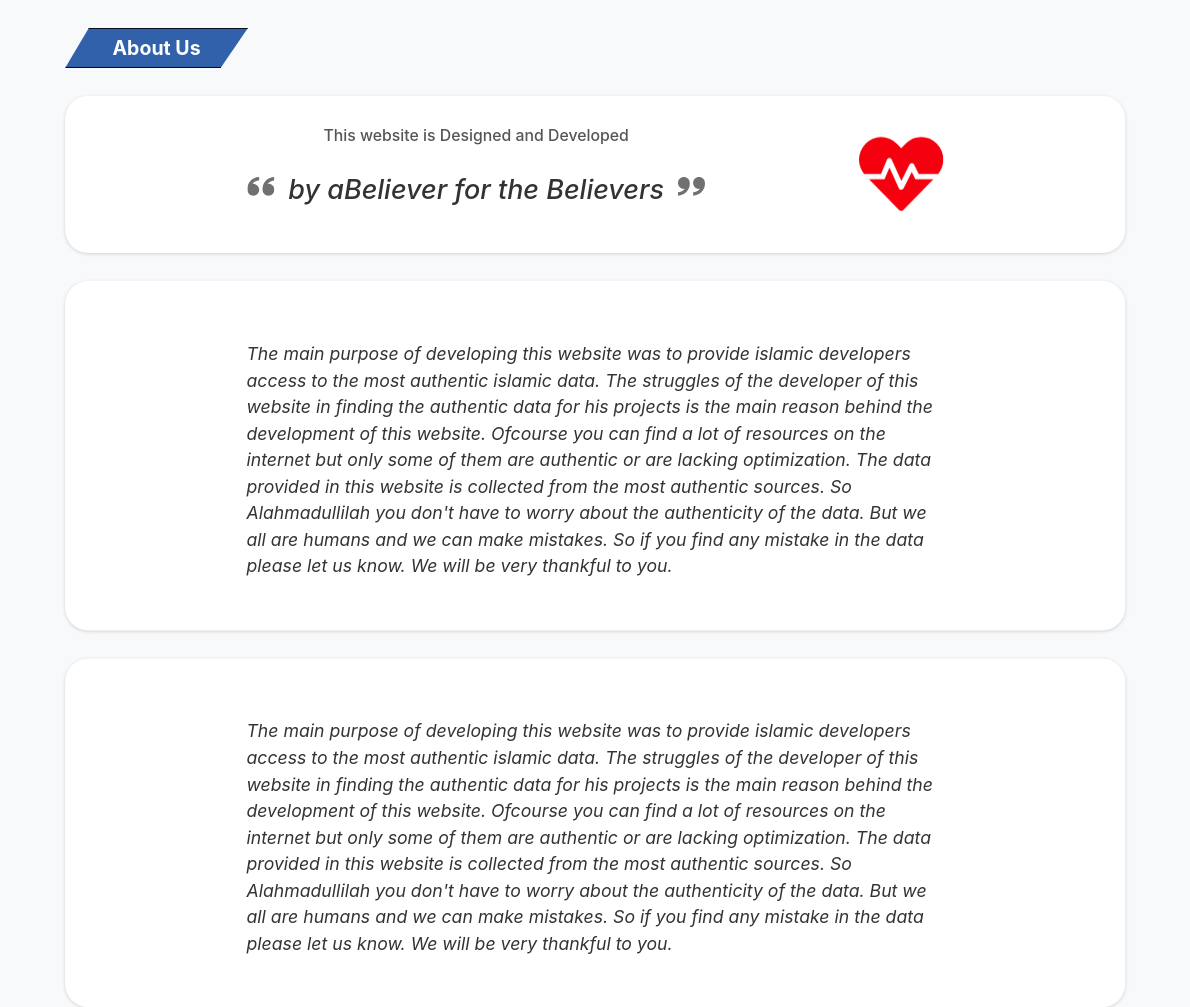
Repository: SpicierEwe/islamic-dev-repo
Page: /legal/about_us
These files come from the project's save history. The page is drawn as it stood at one moment and after the next save; the edit follows.
The browser window is 1280 px wide. The pictures show the whole page, at 93% of full size.
The project was rebuilt for these pictures with package versions that can differ from the ones it lists, and the page was loaded fresh each time. The framework's server and built-in components were replaced by stand-ins that run in the browser. Also part of the build but not shown: next.config.js.

Above is the page before, as saved 2022-09-16 17:43:36.

After the next save:
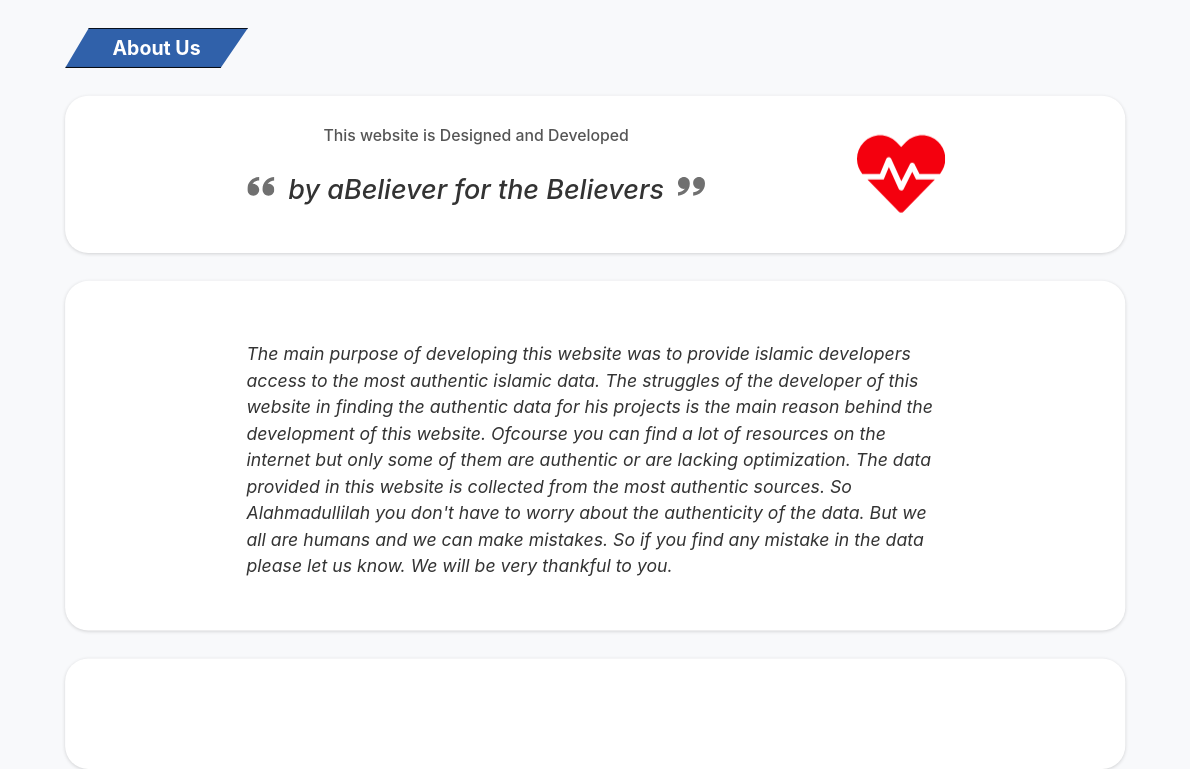
Saved 6 s later.
--- a/components/legal/about_us/about_us.js
+++ b/components/legal/about_us/about_us.js
@@ -39,19 +39,7 @@ export default function AboutUs(props) {
       </div>
 
       <div className={styles.container_development}>
-        <p className={styles.summary}>
-          The main purpose of developing this website was to provide islamic
-          developers access to the most authentic islamic data. The struggles of
-          the developer of this website in finding the authentic data for his
-          projects is the main reason behind the development of this website.
-          Ofcourse you can find a lot of resources on the internet but only some
-          of them are authentic or are lacking optimization. The data provided
-          in this website is collected from the most authentic sources. So
-          Alahmadullilah you don&apos;t have to worry about the authenticity of
-          the data. But we all are humans and we can make mistakes. So if you
-          find any mistake in the data please let us know. We will be very
-          thankful to you.
-        </p>
+        <p className={styles.summary}></p>
       </div>
     </div>
   );
